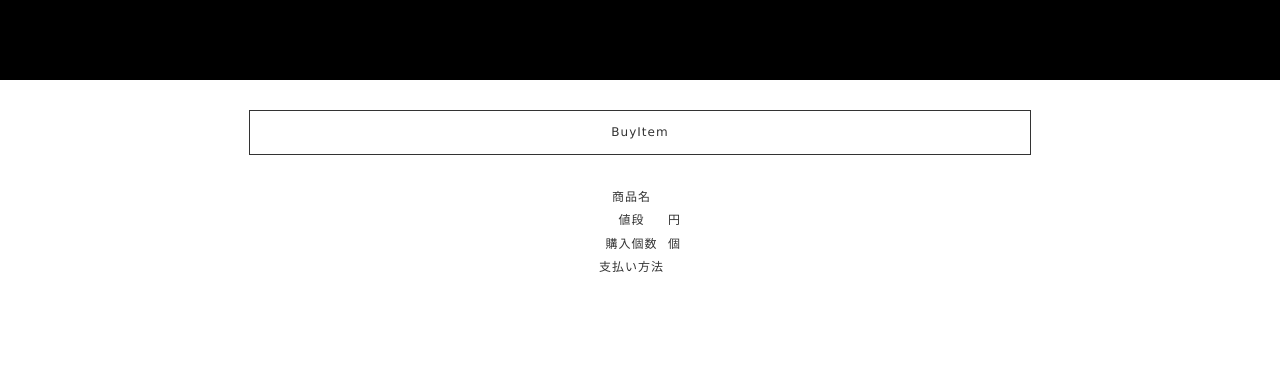
Repository: shimadaasato/test
Page: http://localhost/ecsite/buyItemConfirm.jsp
The author's editor kept a copy of each file at every save. The page is drawn from the files as they stood at one save, then again after the next save.
The browser window is 1280 px wide. The pictures show the whole page.
Some web libraries are served in a nearby version. The page is served by Tomcat 9. Other server files are loaded and not shown.

Above is the page before, as saved 2019-04-03 10:48:05.

### ecsite/WebContent/buyItemConfirm.jsp
<%@ page language="java" contentType="text/html; charset=UTF-8"
    pageEncoding="UTF-8"%>
 <%@ taglib prefix="s" uri="/struts-tags"%>

<!DOCTYPE html>

<html>

<head>

<meta http-equiv="Content-Type" content="text/html; charset=utf-8" />
<meta http-equiv="Content-Style-Type" content="text/css" />
<meta http-equiv="Content-Script-Type" content="text/javascript" />
<meta http-equiv="imagetoolbar" content="no" />
<meta name="description" content="" />
<meta name="keywords" content="" />
<script src="http://ajax.googleapis.com/ajax/libs/jquery/1.9.1/jquery.min.js"></script>

<title>BuyItemConfirm画面</title>

<style type="text/css">

/*====TAG LAYOUT====*/
body{
	margin:0;
	padding:0;
	line-height:1.6;
	letter-spacing:1px;
	font-family:Verdana,Helvetica,sans-serif;
	font-size:12px;
	color:#333;
	background:#fff;

}

table{
	text-align:center;
	margin:0 auto;

}

#top{
	width:780px;
	margin:30px auto;
	border:1px solid #333;

}

#header{
	width:100%;
	height:80px;
	background-color:black;

}

#main{
	width:100%;
	height:500px;
	text-align:center;

}

#footer{
	width:100%;
	height:80px;
	background-color:black;
	clear:both;

}

</style>

<script type="text/javascript">

	function submitAction(url){

		$('form').attr('action',url);
		$('form').submit();

	}

</script>

</head>
<body>

	<div id="header">

		<div id="pr">

		</div>

	</div>

	<div id="main">

		<div id="top">

			<p>BuyItem</p>

		</div>

		<div>

			<s:form>

				<tr>

					<td>商品名</td>
					<td><s:property value="session.buyItem_name"/></td>

				</tr>

				<tr>

					<td>値段</td>
					<td><s:property value="session.total_price"/><span>円</span></td>

				</tr>

				<tr>

					<td>購入個数</td>
					<td><s:property value="session.count"/><span>個</span></td>

				</tr>

				<tr>

					<td>支払い方法</td>
					<td><s:property value="session.pay"/></td>

				</tr>




			</s:form>



		</div>




	</div>



</body>
</html>

After the next save:
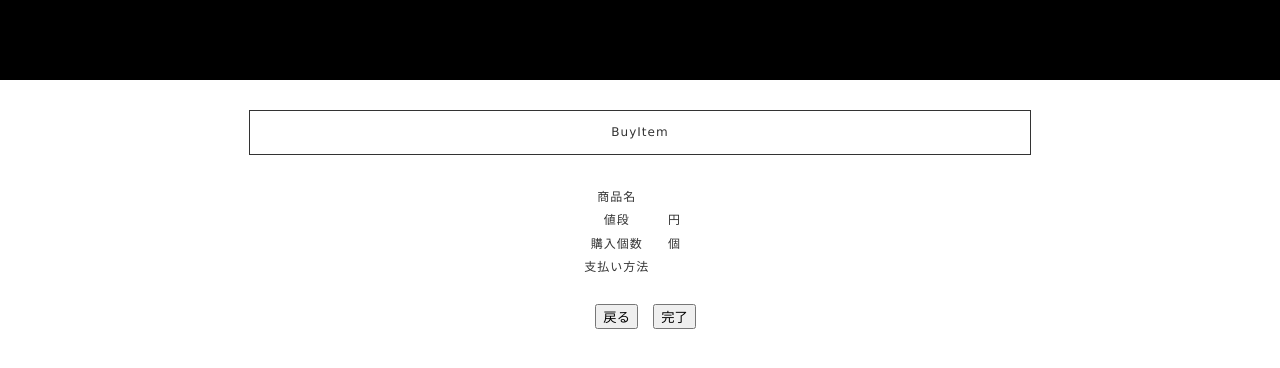
Saved 3 min 12 s later.
--- a/ecsite/WebContent/buyItemConfirm.jsp
+++ b/ecsite/WebContent/buyItemConfirm.jsp
@@ -132,6 +132,20 @@
 
 				</tr>
 
+				<tr>
+
+					<td><br></td>
+
+				</tr>
+
+					<tr>
+
+						<td><input type="button" value="戻る" onclick="submitAction('HomeAction')"/></td>
+
+						<td><input type="button" value="完了" onclick="submitAction('BuyItemConfirmAction')"/></td>
+
+					</tr>
+
 
 
 
